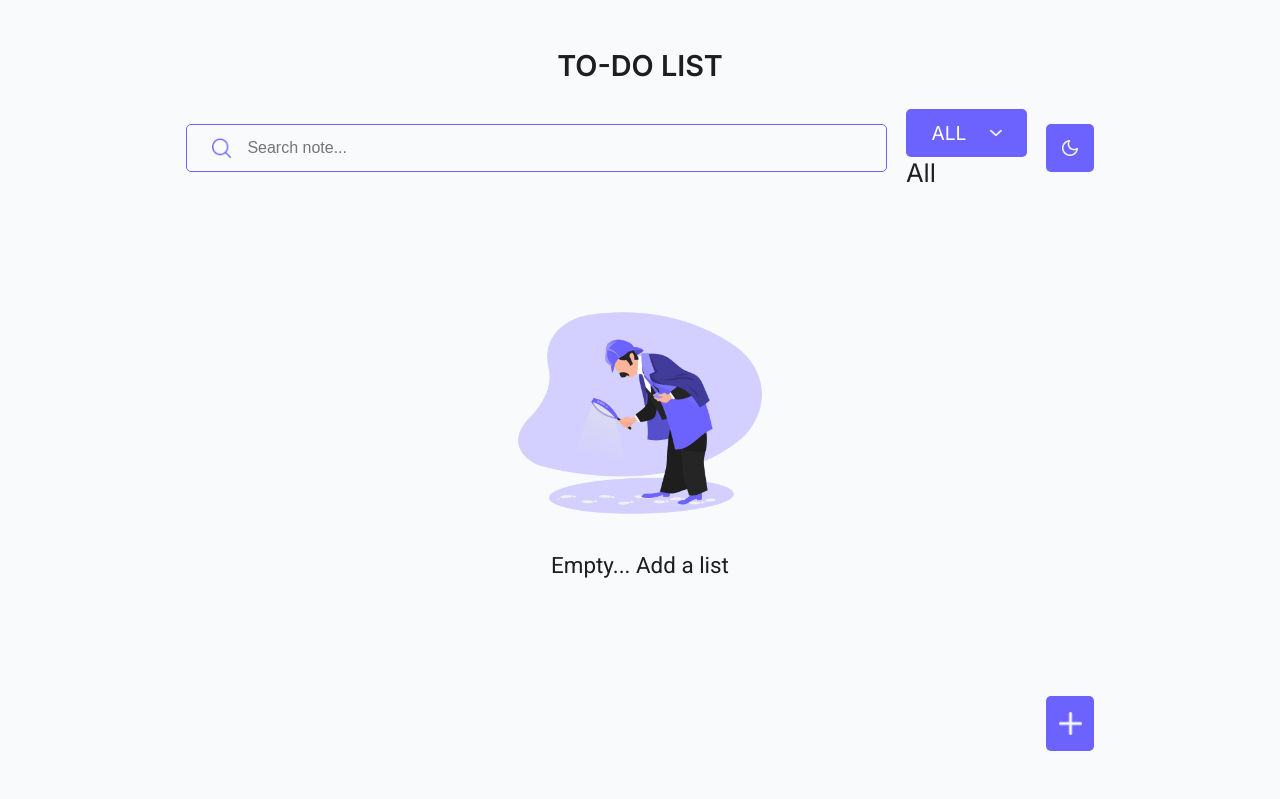
Repository: Marykeje/To-do-list
Page: index.html
The author's editor kept a copy of each file at every save. The page is drawn from the files as they stood at one save, then again after the next save.
The browser window is 1280 px wide. The pictures show the whole page.
The style sheet was rebuilt from its Sass, Less or Tailwind sources for each picture, by a compiler version that may differ from the author's.

Above is the page before, as saved 2025-12-03 10:07:53.

After the next save:
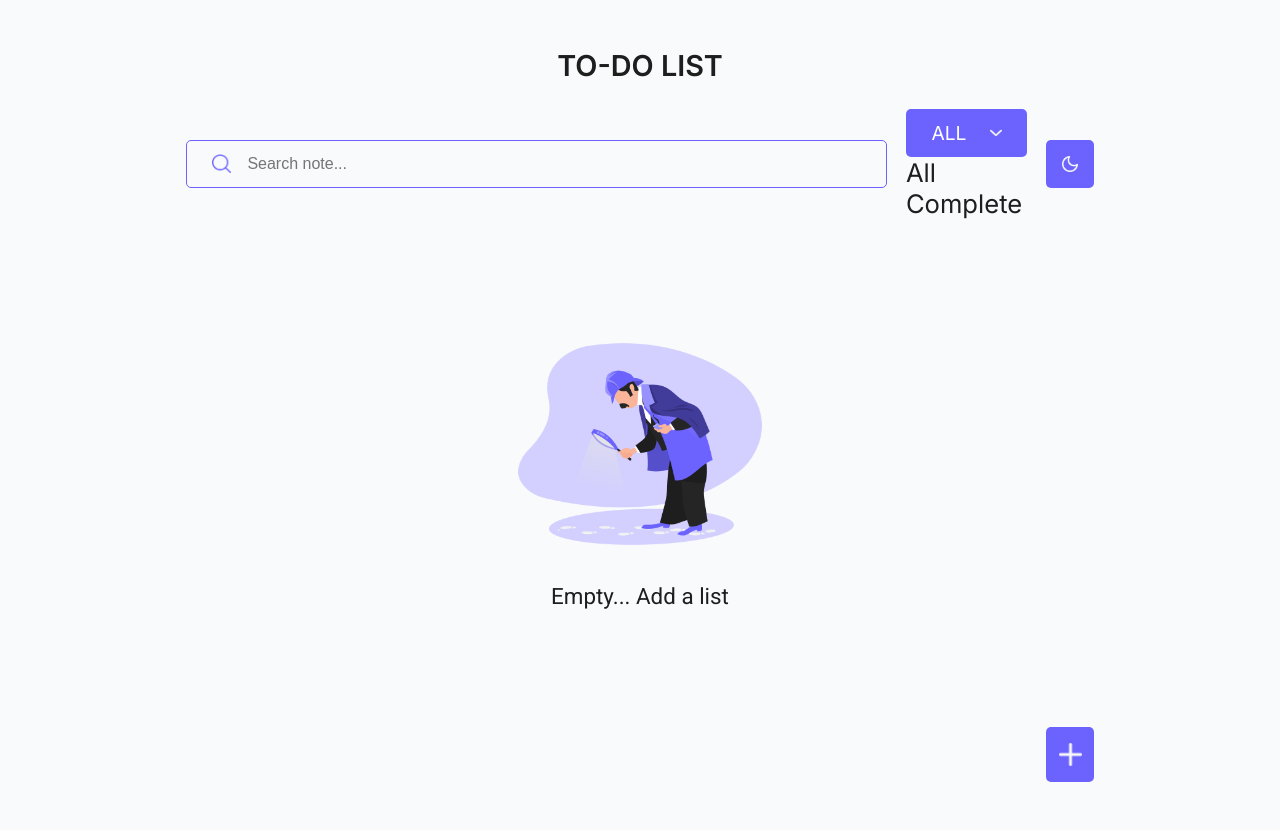
Saved 4 s later.
--- a/index.html
+++ b/index.html
@@ -24,7 +24,7 @@
               </div>
               <div class="header__all-dropdown">
                 <p>All</p>
-                <p></p>
+                <p>Complete</p>
               </div>
             </div>
             <div class="header__mode">
